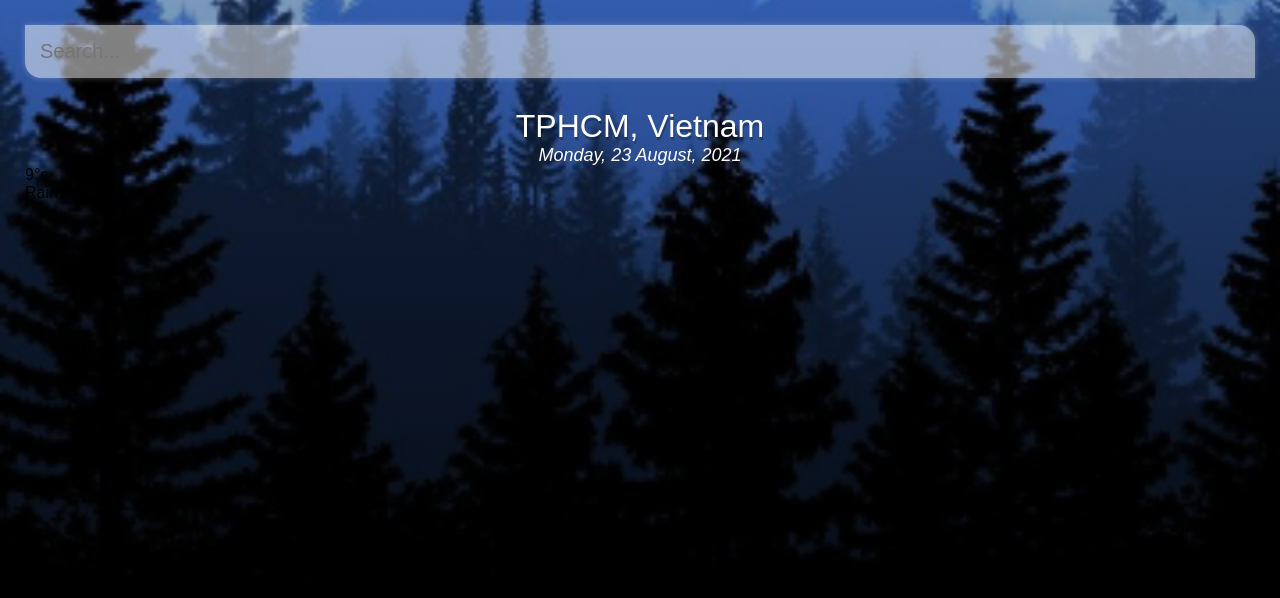
Repository: kate30980/weather-vuejs
Page: /
An editor plug-in stored every save of this project. The page is shown before and after the next save, followed by the edit.
The browser window is 1280 px wide. The pictures show the whole page.
The project was rebuilt for these pictures with package versions that can differ from the ones it lists, and the page was loaded fresh each time.

Above is the page before, as saved 2021-08-23 10:39:27.

### src/App.vue
<template>
  <div id="app">
    <main>
      <div class="search-box">
        <input type="text" class="search-bar" placeholder="Search...">
      </div>
      <div class="weather-wrap">
        <div class="location-box">
          <div class="location">TPHCM, Vietnam</div>
          <div class="date">Monday, 23 August, 2021</div>
        </div>

        <div class="weather-box">
          <div class="temp">9°c</div>
          <div class="weather">Rain</div>
        </div>
      </div>
    </main>
  </div>
</template>

<script>

export default {
  name: 'App',
  data(){
    return{
      api_key:'9a1ed7d1efa5000413ec6fc31687ab4c',
    }
  }
}
</script>

<style>
*{
  margin:0;
  padding:0;
  box-sizing: border-box;
}
body{
  font-family: 'montserrat', sans-serif;
}
#app{
  background-image: url('./assets/cold-bg.jpg');
  background-size: cover;
  background-position: bottom;
  transition: 0.4s;
}
main{
  min-height: 100vh;
  background-image: linear-gradient(to bottom, rgba(0,0,0,0.25), rgba(0,0,0,0.75));
  padding: 25px;
}
.search-box{
  width: 100%;
  margin-bottom: 30px;
}
.search-box .search-bar{
  display: block;
  width: 100%;
  padding:15px;
  color: #313131;
  font-size: 20px;

  appearance: none;
  border:none;
  outline: none;
  background:none;

  box-shadow: 0px 0px 6px rgba(255,255,255,0.25);
  background-color: rgba(255,255,255,0.5);
  border-radius: 0px 16px 0px 16px;
  transition: 0.4s
}
.search-box .search-bar:focus{
  box-shadow: 0px 0px 8px rgba(255,255,255,0.25);
  background-color: rgba(255,255,255,0.75);
  border-radius: 16px 0px 16px 0px;
}
.location-box .location{
  color: #fff;
  font-size: 32px;
  font-weight: 500;
  text-align: center;
  text-shadow: 1px 3px rgba(0,0,0,0.25);
}
.location-box .date{
  color: #fff;
  font-size: 18px;
  font-weight: 300;
  font-style: italic;
  text-align: center;
}
</style>

Loaded but not shown: public/index.html (common file); src/main.js (common file)

After the next save:
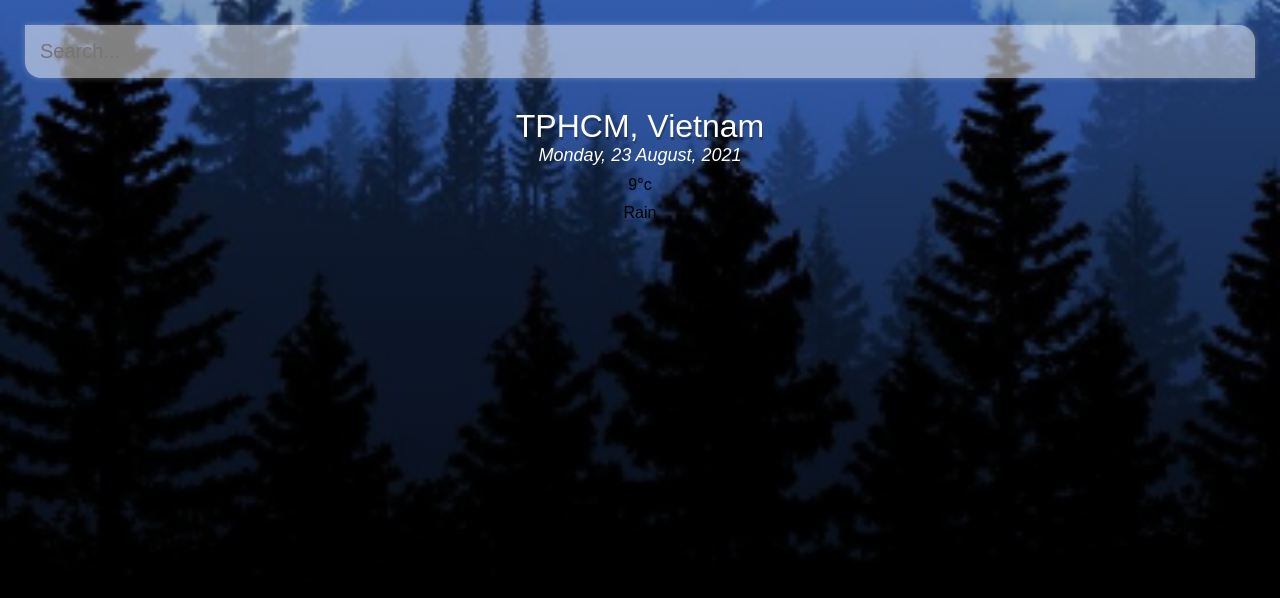
Saved 64 s later.
--- a/src/App.vue
+++ b/src/App.vue
@@ -91,4 +91,11 @@ main{
   font-style: italic;
   text-align: center;
 }
+.weather-box{
+  text-align: center;
+}
+.weather-box .temp{
+  display: inline-block;
+  padding: 10px 25px;
+}
 </style>
